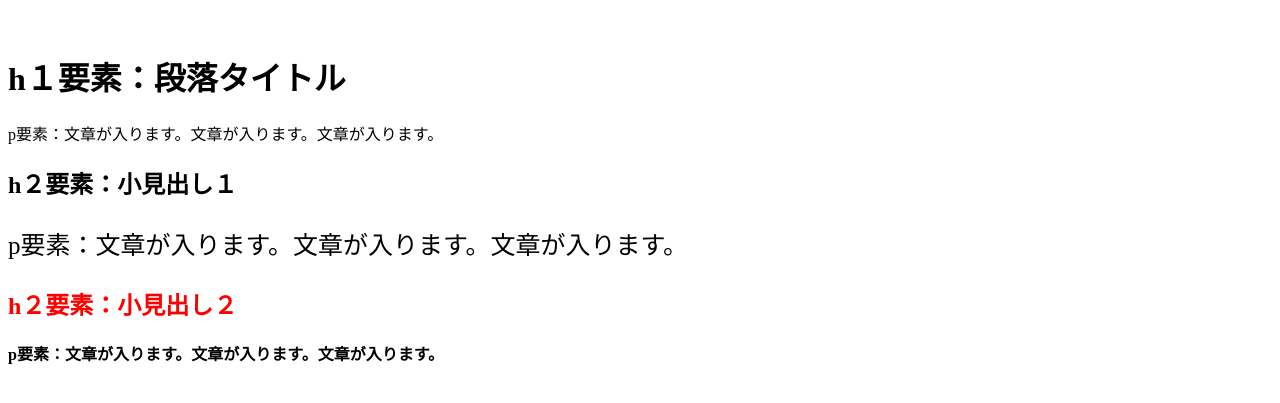
Repository: hatatatedai/samurai_HTML-CSS
Page: index3.html
The author's editor kept a record of every edit. The page is drawn from the files as they stood at one moment, then again after the next edit.
The browser window is 1280 px wide. The pictures show the whole page.

Above is the page before.

### index3.html
<!DOCTYPE html>
<html lang="ja">
　<head>
    <meta charset="UTF-8">
    <title>HTML/CSSの学習</title>
    <style>
        #red{
            color: red;
        }
        .blue{
            color: blue;
        }
    </style>
　</head>
　<body>
    <h1 class="bl">h１要素：段落タイトル</h1>
    <p>p要素：文章が入ります。文章が入ります。文章が入ります。</p>
    <h2>h２要素：小見出し１</h2>
    <p style="font-size: 25px;">
       p要素：文章が入ります。文章が入ります。文章が入ります。</p>
    <h2 id="red">h２要素：小見出し２</h2>
    <p style="font-weight: bold;">
       p要素：文章が入ります。文章が入ります。文章が入ります。</p>
　</body>
</html>

After the next edit:
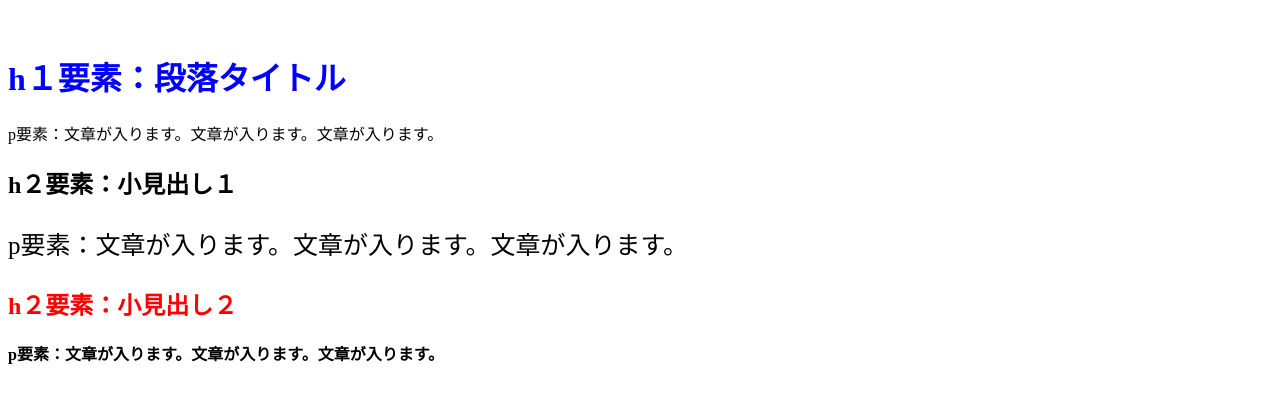
The edit:
--- a/index3.html
+++ b/index3.html
@@ -13,7 +13,7 @@
     </style>
 　</head>
 　<body>
-    <h1 class="bl">h１要素：段落タイトル</h1>
+    <h1 class="blue">h１要素：段落タイトル</h1>
     <p>p要素：文章が入ります。文章が入ります。文章が入ります。</p>
     <h2>h２要素：小見出し１</h2>
     <p style="font-size: 25px;">
